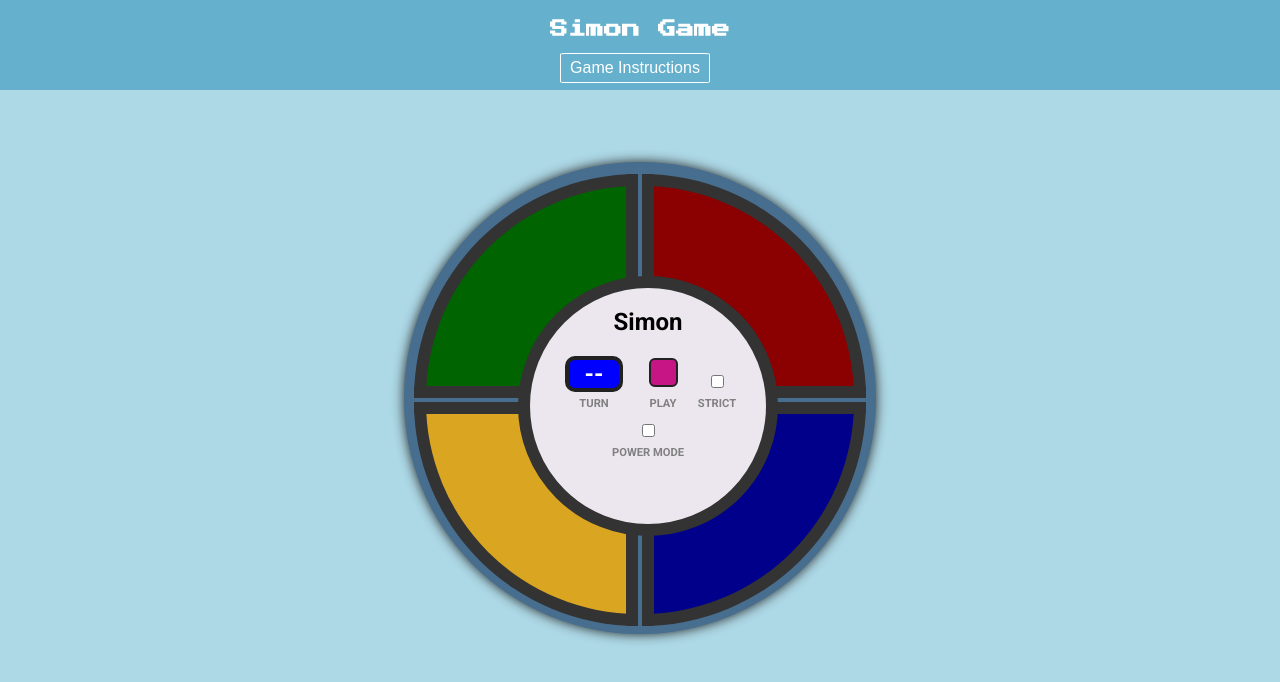
Repository: bbarbara19/memorygame
Page: index.html
The author's editor kept a record of every edit. The page is drawn from the files as they stood at one moment, then again after the next edit.
The browser window is 1280 px wide. The pictures show the whole page.
Some web libraries are served in a nearby version.

Above is the page before.

### index.html
<!DOCTYPE html>
<html lang="en">
<head>
    <meta charset="UTF-8">
    <meta name="viewport" content="width=device-width, initial-scale=1.0">
    <meta http-equiv="X-UA-Compatible" content="ie=edge">
    <link rel="stylesheet" href="style.css" type="text/css"/>
    <script src="https://cdn.jsdelivr.net/npm/sweetalert2@8"></script>
    <link rel="stylesheet" href="https://use.fontawesome.com/releases/v5.4.2/css/all.css" integrity="sha384-/rXc/GQVaYpyDdyxK+ecHPVYJSN9bmVFBvjA/9eOB+pb3F2w2N6fc5qB9Ew5yIns" crossorigin="anonymous">
    <title>Simon Game</title>
      <audio id="clip1" src="sounds/simonSound1.mp3"></audio>
      <audio id="clip2" src="sounds/simonSound2.mp3"></audio>
      <audio id="clip3" src="sounds/simonSound3.mp3"></audio>
      <audio id="clip4" src="sounds/simonSound4.mp3"></audio>
</head>
<body>

<!--nav bar-->
<nav>
    <div class="title">
        <h1>Simon Game</h1>
    </div>
    <div class="btn-wrap">
            <button class="btn-GameHelp" onclick="gamehelp();">Game Instructions</button>
    </div>
</nav>
<!--end nav bar-->

<!--Container Game console-->
<div class="container">
    <div class="fourPads">
        <div>
            <div class="inline pad green" id='green'></div>
            <div class="inline pad red" id='red'></div>
        </div>
        <div>
          <div class="inline pad yellow" id='yellow'></div>
          <div class="inline pad blue" id='blue'></div>
        </div>
     </div> <!--end fourPads -->
     <div class="console"><!--inner game console -->
         <h2>Simon</h2>
         <div class="rw">
             <div class="display inline">
                 <h2 class="counter boxTurn" id="Counter">--</h2>
                 <h3 class="label">TURN</h3>
             </div>
             <div class="btn-box inline">
                 <div class="play-btn clickable" id="start"></div>
                 <h3 class="label">PLAY</h3>
             </div>
             <div class="btn-box inline">
                 <input type="checkbox" class="toggle" id="strictMode">
                 <h3 class="label">STRICT</h3>
             </div>
             <div>
                 <div>
                 <input type="checkbox" class="toggle inline" id="powerMode">
                 <h3 class="label">POWER MODE</h3>
                 </div>
             </div>
             <!--end center div-->
         </div>
    </div>
    <!--end inner game console -->
</div>
<!--end main game container -->
<script type="text/javascript" src="script.js"></script>
</body>
</html>

### style.css
@import url('https://fonts.googleapis.com/css?family=Roboto:300,400,500,700&display=swap');
@import url('https://fonts.googleapis.com/css?family=Press+Start+2P&display=swap');

body {
 background-color: lightblue;
 font-family:Roboto;
 margin:0;
 padding:0;
}



/*--style Button Drop down instructions--*/

/* Dropdown Button */
.btn-GameHelp {
  background-color: #65b0cc;
  color: white;
  padding: 5px;
  width:150px;
  position: relative;
  margin: 10 auto;
  font-size: 16px;
  cursor: pointer;
  left:20px;
  border-radius:4%;
  border: solid 1px white;
  text-align:center;
}

.btn-GameHelp:hover {
  background-color: LightBlue;
  color:#3085d6;
  border: solid 1px  #3085d6;
}

.btn-wrap {
  width: 200px;
  margin: 0 auto;
  position:relative;
}

nav {
  margin:0;
  width:100%;
  height:70px;
  background-color:#65b0cc;
  padding-top: 10px;
  padding-bottom: 10px;
  padding-right: 0px;
  padding-left: 0px;
}

.title{
 width: 50%;
 margin: 0 auto;
}

/*--End style Button Drop down instructions--*/


/*--Start style Game container--*/

h1{
  font-family: 'Press Start 2P', cursive !important;
  font-size:18px;
  color : white !important;
  margin-top:10px;
  text-align:center;
}

.container{
  width: 472px;
  height:472px;
  border-radius:100%;
  position: relative;
  text-align: center;
  margin:auto;
  background-color:#476e8f;
  top:10vh;
  box-shadow: 0px 0px 12px #222;
}

.fourPads{
  position: relative;
  top:12px;
}

.pad.red {
    background:darkred;
    border-top-right-radius : 100%;
}

.pad.green {
    background:darkgreen;
    border-top-left-radius : 100%;
}

.pad.yellow {
    background:goldenrod;
    border-bottom-left-radius : 100%;
}

.pad.blue {
    background:darkblue;
    border-bottom-right-radius : 100%;
}

.console{
  width:50%;
  height:50%;
  position : absolute;
  border-radius:100%;
  top:50%;
  left:50%;
  margin: -122px 0 0  -122px;
  background-color:#ECE7EE;
  border: 12px solid #333;
}

.pad {
  position  : relative;
  width:200px;
  height:200px;
  background-color : grey;
  border: 12px solid #333;
}

.inline{
  display: inline-block;
}

.counter{
  font-family: Roboto;
  color : white;
  padding : 0px;
  font-size : 1.5em;
  width : 50px;
  background-color: #00FF;
  position:relative;
  border : 4px solid #222;
  border-radius : 10px;
  margin:auto;
}

.play-btn{
  width : 25px;
  height : 25px;
  position: relative;
  background-color : mediumvioletred;
  border-radius : 20%;
  border : 2px solid #222;
  margin:auto;
  top : -5px;
}

.play-btn:active{
    box-shadow : 0 1px 1px #292929;
    top : -4px;
}

.clickable{
  pointer-events : auto;
  cursor:pointer;
}

.led-on{
  background-color:#DC0D29;
}

.led-off{
  color:white;
}

.label{
  color : grey;
  font-family :Roboto;
  font-size:0.7em;
  margin-top:5px;
  text-align:center;
}

.display{
  width : 80px;
  position:relative;
  text-align:center;
}

.btn-box{
  width : 50px;
  position:relative;
}
/*--style Game container--*/

/* media query scaling for mobile */
@media screen and (max-width: 480px) {

  .container {
    top: 20px;
    -moz-transform: scale(0.7);
    -ms-transform: scale(0.7);
    -o-transform: scale(0.7);
    -webkit-transform: scale(0.7);
    transform: scale(0.7); /* scaleX(0.6) scaleY(0.6) */

    -o-transform-origin: 0 0;
    -ms-transform-origin: 0 0;
    -webkit-transform-origin: 0 0;
    -moz-transform-origin: 0 0;
    transform-origin: 0 0;

    left: 50%;
    margin-left: -142px;
  }
}


/* styling the icons of the win and game over alerts */
.fa-medal {
  font-size: 100px;
  color: #65b0cc;
  padding-bottom: 10px;
}

.fa-gamepad {
  font-size: 100px;
  color: #65b0cc;
  padding-bottom: 10px;
}

### script.js
let SimonOrder = [];
let playerOrder = [];
let lights;
let turn;
let winTurn;
let SimonTurn;
let intervalId;
let strict = false;
let sound = true;
let power = false;
let win;

const turnCounter = document.querySelector("#Counter");

/* event listener to check if StrictMode is checked or not */
function StrictMode(){
  if (document.querySelector('#strictMode').checked == true){
  console.log('selezionato');
  strict = true;
  } else {
  strict = false;
  }
}

/* event listener on the click on the strict mode checkbox, to call the function StrictMode()*/
document.querySelector('#strictMode').addEventListener('click', function(){
 console.log('StrictMode');
 StrictMode();
})


/* Power mode checked - allows different messages on the counter box */
function PowerChecked(){
if (document.querySelector('#powerMode').checked == true){
  console.log('power mode is on');
  power = true;
  document.querySelector(".boxTurn").innerHTML = "ON";
  } else {
  console.log('power mode is off');
  power = false;
  document.querySelector(".boxTurn").innerHTML = "OFF";
  clearColor();
  clearInterval(intervalId);
  }
}

/* event listener on the click on the power mode checkbox, to call the function PowerChecked()*/
document.querySelector('#powerMode').addEventListener('click', function(){
 console.log('PowerClicked');
 PowerChecked();
 alert('Power Mode active, press the Play button!')
})

/* function clear Color - reset the pad colours to dark after the turn */
function clearColor() {
  document.querySelector('.green').style.backgroundColor = "darkgreen";
  document.querySelector('.red').style.backgroundColor = "darkred";
  document.querySelector('.yellow').style.backgroundColor = "goldenrod";
  document.querySelector('.blue').style.backgroundColor = "darkblue";
}

/* function Flash Color - flashes the pad colours during the turn */
function flashColor() {
 document.querySelector('.green').style.backgroundColor = "lime";
 document.querySelector('.red').style.backgroundColor = "red";
 document.querySelector('.yellow').style.backgroundColor = "yellow";
 document.querySelector('.blue').style.backgroundColor = "turquoise";
}

/* functions play audio clips */
function padgreen() {
  if (sound) {
    let audio = document.getElementById("clip1");
    audio.play();
  }
  sound = true;
  document.querySelector('.green').style.backgroundColor = "lime";
}

function padred() {
  if (sound) {
    let audio = document.getElementById("clip2");
    audio.play();
  }
  sound = true;
  document.querySelector('.red').style.backgroundColor = "red";
}

function padblue() {
  if (sound) {
    let audio = document.getElementById("clip3");
    audio.play();
  }
  sound = true;
  document.querySelector('.blue').style.backgroundColor = "turquoise";
}

function padyellow() {
  if (sound) {
    let audio = document.getElementById("clip4");
    audio.play();
  }
  sound = true;
  document.querySelector('.yellow').style.backgroundColor = "yellow";
}

/* Play function that generates the game sequence, resets the Simon and player order array,
sets the turn counter to 1 */

function play() {
  SimonOrder = [];
  playerOrder = [];
  lights = 0;
  win = false;
  winTurn = true;
  intervalId = 0;
  turn = 1;
  turnCounter.innerHTML = 1;
  for (var i = 0; i < 10; i++) {
    SimonOrder.push(Math.floor(Math.random() * 4) + 1);
  }
  console.log(SimonOrder);
  SimonTurn = true; /*it starts with the computer turn*/
  intervalId = setInterval(gameTurn, 800); //
}

function gameTurn() {
  power = false;
/* during the computer turn the event listener on the pad clicks is disabled */
  if (lights == turn) {
    clearInterval(intervalId);
    SimonTurn = false;
    clearColor();
    power = true;
  }

/* if it is the computer turn, it clears all the pad colours and activate the lights sequence */
  if (SimonTurn) {
    clearColor();
    setTimeout( function Flash() {
      if (SimonOrder[lights] == 1){
        padgreen();
      }
      if (SimonOrder[lights] == 2){
        padred();
      }
      if (SimonOrder[lights] == 3){
        padblue();
      }
      if (SimonOrder[lights] == 4){
        padyellow();
      }
      lights++; //the number of lights is going to be incremented of one at each turn
    }, 200);
  }
}

/*event listener of the start button to call the play()function*/
document.querySelector("#start").addEventListener('click', function StartCommand(){
  if (power || win) {
  console.log('start pressed');
  play();
  }
})

/*function that checks the win status of the turn*/
function winTest() {
  if (playerOrder[playerOrder.length - 1] !== SimonOrder[playerOrder.length - 1]) {
    winTurn = false;
    console.log(winTurn);
    flashColor();
    turnCounter.innerHTML ="NO!";
    if (strict){
    clearColor();
    setTimeout(function(){ gameOverAlert(); }, 100);
    play();//resets the game and starts play again
    }
    else {
    setTimeout(function(){ window.alert("Wait for the new Simon round and try again!"); }, 70);
    setTimeout(function(){
      turnCounter.innerHTML = turn;
      clearColor();
      SimonTurn = true;
      lights = 0;
      playerOrder = [];
      winTurn = true;
      intervalId = setInterval(gameTurn, 800);
       }, 800);
       sound = false;
      }
  }

  if (playerOrder.length == 10 && winTurn) {
    winGame();
  }

  if (turn == playerOrder.length && winTurn && !win) {
    turn++;
    playerOrder = [];
    SimonTurn = true;
    lights = 0;
    setTimeout(function(){ window.alert("you won the turn!"); }, 70);
    setTimeout(function(){ turnCounter.innerHTML = turn; }, 70);
    turnCounter.innerHTML = turn;
    intervalId = setInterval(gameTurn, 800);
    console.log('the turn number is:'+turn);
  }
}

/*function that listens to the player click on the pads, records the number clicked in the Player Order array
flashes the pad and sounds and after a timeout clear the pad colours*/

document.querySelectorAll('.pad').forEach(function(e){
    e.addEventListener('click', function(){
      if (power){
        console.log('cliccato');
        var padClicked = this.id;
              switch (padClicked) {
              case "green":
                console.log('green clicked');
                playerOrder.push(1);
                console.log(playerOrder);
                padgreen();
                winTest();
                if (!win) {
                  setTimeout(function(){
                  clearColor();
                 }, 300);
                }
                break;
              case "yellow":
                console.log('yellow clicked');
                playerOrder.push(4);
                console.log(playerOrder);
                padyellow();
                winTest();
                if (!win) {
                  setTimeout(function(){
                  clearColor();
                 }, 300);
                }
                break;
              case "red":
                console.log('red clicked');
                playerOrder.push(2);
                console.log(playerOrder);
                padred();
                winTest();
                if (!win) {
                  setTimeout(function(){
                  clearColor();
                 }, 300);
                }
                break;
              case "blue":
                console.log('blue clicked');
                playerOrder.push(3);
                console.log(playerOrder);
                padblue();
                winTest();
                if (!win) {
                  setTimeout(function(){
                  clearColor();
                 }, 300);
                }
                break;
              default:
                console.log('no match found');
            }
         }
          })
      })


/*function win the game*/
function winGame() {
  flashColor();
  turnCounter.innerHTML = "WIN!";
  power = false;
  win = true;
  gameWinAlert();
}



/*function sweetalert2 - alert Game Help instructions*/
function gamehelp()
  {
    Swal.fire({
  type: 'info',
  text: "You won't be able to revert this!",
  html:
    '<small>Simon is a memory game in which you need to repeat a sequence of tones and lights, played by the device by pressing the buttons.</small>' +
    '<small>To win the game you have to pass 10 rounds, at each turn, the series becomes progressively longer and more complex.</small>' +
    '<small><h3><b>How to play</b></h3></small>' +
    '<li><small>To start the game check the Power Mode and the Play button</small></li>' +
    '<li><small>Each turn starts with the device flashing a sequence of lights</small></li>' +
    '<li><small>You have to repeat the same sequence by pressing the buttons</small></li>' +
    '<li><small>If you do a mistake, you can retry after the sequence is repeated</small></li>' +
    '<li><small>With the strict mode checked, the game is over after each mistake</small></li>' +
    '<li><small>The number of flashes matches the turn number of the counter</small></li>' +
    '<li><small>In each turn an additional sound is added to the previous sequence</small></li>',
  showCloseButton: true,
  showCancelButton: false,
  focusConfirm: false,
  confirmButtonAriaLabel: 'Thumbs up, great!',
    })
  }

/*function sweetalert2 - alert Win Game */
function gameWinAlert()
  {
   Swal.fire({
  html:
    '<i class="fas fa-medal"></i> ' +
    '</br> ' +
    '<b>Congratulations!</b> ' +
    'You are the winner!</b>',
  showCloseButton: false,
  showCancelButton: false,
  focusConfirm: false,
  confirmButtonAriaLabel: 'Thumbs up, great!',
    })
  }

/*function sweetalert2 - alert game over*/
function gameOverAlert()
  {
   Swal.fire({
  html:
    '<i class="fas fa-gamepad"></i> ' +
    '</br> ' +
    '<b>Game Over</b> ' +
    'Play again!</b>',
  showCloseButton: false,
  showCancelButton: false,
  focusConfirm: false,
  confirmButtonAriaLabel: 'Thumbs up, great!',
    })
  }

After the next edit:
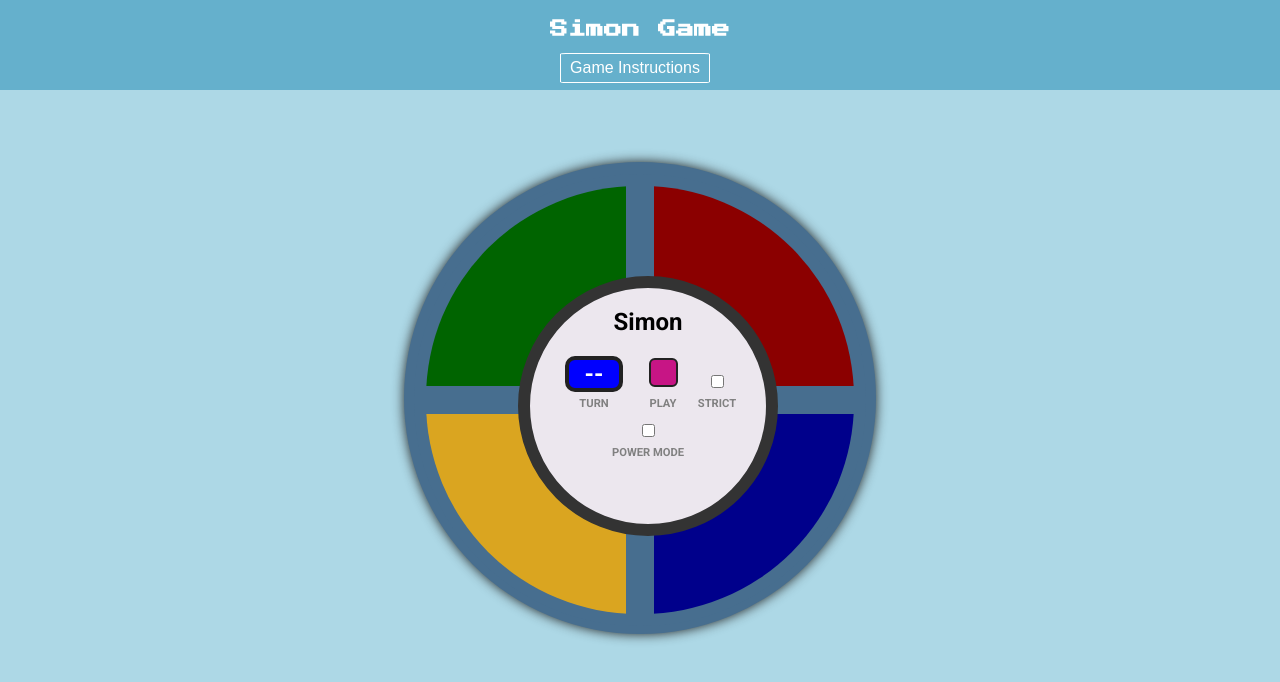
The edit:
--- a/style.css
+++ b/style.css
@@ -123,7 +123,7 @@
   width:200px;
   height:200px;
   background-color : grey;
-  border: 12px solid #333;
+  border: 12px solid #476e8f;
 }
 
 .inline{
